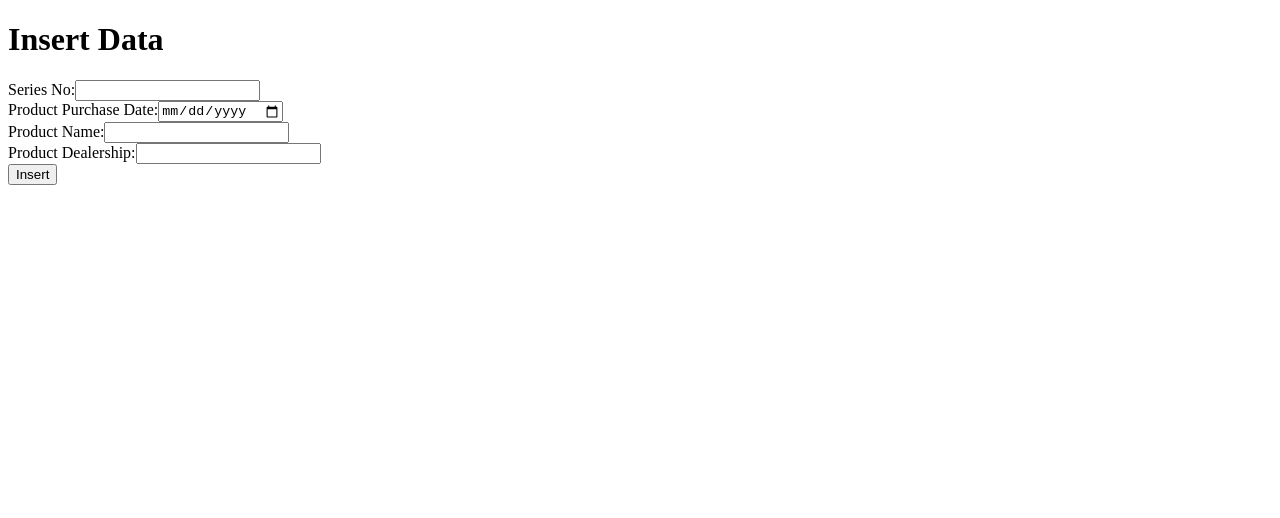
Repository: Sharathguru/Product_Task
Page: /insert (app in Frontend/)
The author's editor kept a copy of each file at every save. The page is drawn from the files as they stood at one save, then again after the next save.
The browser window is 1280 px wide. The pictures show the whole page.
The project was rebuilt for these pictures with package versions that can differ from the ones it lists, and the page was loaded fresh each time. Also part of the build but not shown: Frontend/vite.config.js, Frontend/src/index.css, Frontend/src/Components/Navbar.jsx, Frontend/src/Components/Home.jsx, Frontend/src/Pages/Update.jsx, Frontend/src/Pages/Fetch.jsx, Frontend/src/Pages/Delete.jsx.

Above is the page before, as saved 2025-06-13 14:45:29.

### Frontend/src/App.jsx
import React from 'react'
import { BrowserRouter, Route, Routes } from 'react-router-dom'
import Home from './Components/Home'
import Insert from './Pages/Insert'
import Update from './Pages/Update'
import Fetch from './Pages/Fetch'
import Delete from './Pages/Delete'

const App = () => {
  return (
    <div>
      <BrowserRouter>
      <Routes>
        <Route path="/" element={<Home />} />
        <Route path="/insert" element={<Insert />} />
        <Route path="/update" element={<Update />} />
        <Route path="/fetch" element={<Fetch />} />
        <Route path="/delete" element={<Delete />} />
      </Routes>
        {/* <Route path="*" element={<h1>404 Not Found</h1>} /> */}
      </BrowserRouter>
    </div>
  )
}

export default App

### Frontend/src/Pages/Insert.jsx
import React from "react";
import axios from "../axios/axios.js";

const Insert = () => {
  const [data, setData] = React.useState({
    Series_No: "",
    Product_Purchase_Date: "",
    Product_Name: "",
    Product_Dealership: "",
  });
  const [error, setError] = React.useState("");
  const [success, setSuccess] = React.useState("");

  const handleChange = (e) => {
    setData({
      ...data,
      [e.target.name]: e.target.value,
    });
  };

  const handleSubmit = async (e) => {
    e.preventDefault();
    setError("");
    setSuccess("");
    try {
      await axios.post("/user", data);
      setSuccess("Inserted successfully!");
      setData({
        Series_No: "",
        Product_Purchase_Date: "",
        Product_Name: "",
        Product_Dealership: "",
      });
    } catch (err) {
      setError("Failed to insert data. Please try again.");
    }
  };

  return (
    <div>
      <form onSubmit={handleSubmit}>
        <h1>Insert Data</h1>
        {error && <p style={{ color: "red" }}>{error}</p>}
        {success && <p style={{ color: "green" }}>{success}</p>}
        <div>
          <label>Series No:</label>
          <input
            type="text"
            name="Series_No"
            value={data.Series_No}
            onChange={handleChange}
            required
          />
        </div>
        <div>
          <label>Product Purchase Date:</label>
          <input
            type="date"
            name="Product_Purchase_Date"
            value={data.Product_Purchase_Date}
            onChange={handleChange}
            required
          />
        </div>
        <div>
          <label>Product Name:</label>
          <input
            type="text"
            name="Product_Name"
            value={data.Product_Name}
            onChange={handleChange}
            required
          />
        </div>
        <div>
          <label>Product Dealership:</label>
          <input
            type="text"
            name="Product_Dealership"
            value={data.Product_Dealership}
            onChange={handleChange}
            required
          />
        </div>
        <button type="submit">Insert</button>
      </form>
    </div>
  );
};

export default Insert;

### Frontend/src/axios/axios.js
import axios from 'axios'

const instance = axios.create({
    baseURL: 'http://localhost:3000'
})
export default instance

Loaded but not shown: Frontend/index.html (common file); Frontend/src/main.jsx (common file)

After the next save:
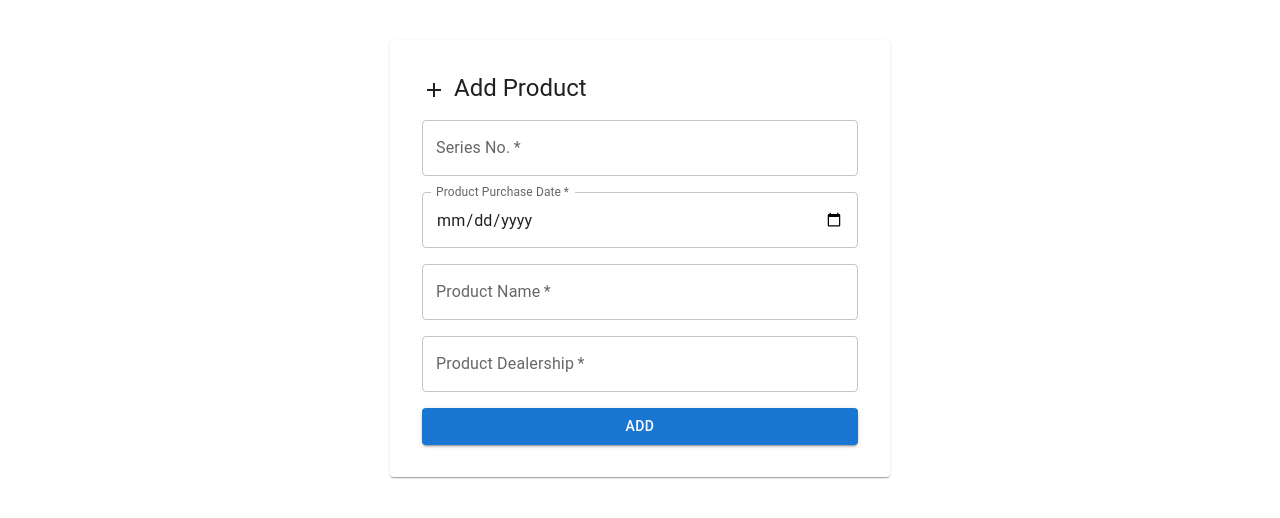
Saved 69 s later.
--- a/Frontend/src/Pages/Insert.jsx
+++ b/Frontend/src/Pages/Insert.jsx
@@ -1,5 +1,16 @@
 import React from "react";
 import axios from "../axios/axios.js";
+import { useNavigate } from "react-router-dom";
+import {
+  Box,
+  Button,
+  Paper,
+  TextField,
+  Typography,
+  Stack,
+  Alert,
+} from "@mui/material";
+import AddIcon from "@mui/icons-material/Add";
 
 const Insert = () => {
   const [data, setData] = React.useState({
@@ -10,6 +21,7 @@ const Insert = () => {
   });
   const [error, setError] = React.useState("");
   const [success, setSuccess] = React.useState("");
+  const navigate = useNavigate();
 
   const handleChange = (e) => {
     setData({
@@ -25,66 +37,64 @@ const Insert = () => {
     try {
       await axios.post("/user", data);
       setSuccess("Inserted successfully!");
-      setData({
-        Series_No: "",
-        Product_Purchase_Date: "",
-        Product_Name: "",
-        Product_Dealership: "",
-      });
+      setTimeout(() => navigate("/"), 1000);
     } catch (err) {
       setError("Failed to insert data. Please try again.");
     }
   };
 
   return (
-    <div>
-      <form onSubmit={handleSubmit}>
-        <h1>Insert Data</h1>
-        {error && <p style={{ color: "red" }}>{error}</p>}
-        {success && <p style={{ color: "green" }}>{success}</p>}
-        <div>
-          <label>Series No:</label>
-          <input
-            type="text"
-            name="Series_No"
-            value={data.Series_No}
-            onChange={handleChange}
-            required
-          />
-        </div>
-        <div>
-          <label>Product Purchase Date:</label>
-          <input
-            type="date"
-            name="Product_Purchase_Date"
-            value={data.Product_Purchase_Date}
-            onChange={handleChange}
-            required
-          />
-        </div>
-        <div>
-          <label>Product Name:</label>
-          <input
-            type="text"
-            name="Product_Name"
-            value={data.Product_Name}
-            onChange={handleChange}
-            required
-          />
-        </div>
-        <div>
-          <label>Product Dealership:</label>
-          <input
-            type="text"
-            name="Product_Dealership"
-            value={data.Product_Dealership}
-            onChange={handleChange}
-            required
-          />
-        </div>
-        <button type="submit">Insert</button>
-      </form>
-    </div>
+    <Box sx={{ maxWidth: 500, mx: "auto", mt: 5 }}>
+      <Paper sx={{ p: 4 }}>
+        <Typography variant="h5" mb={2}>
+          <AddIcon sx={{ mr: 1, verticalAlign: "middle" }} />
+          Add Product
+        </Typography>
+        <form onSubmit={handleSubmit}>
+          <Stack spacing={2}>
+            <TextField
+              label="Series No."
+              name="Series_No"
+              value={data.Series_No}
+              onChange={handleChange}
+              required
+              fullWidth
+            />
+            <TextField
+              label="Product Purchase Date"
+              name="Product_Purchase_Date"
+              type="date"
+              value={data.Product_Purchase_Date}
+              onChange={handleChange}
+              required
+              InputLabelProps={{ shrink: true }}
+              fullWidth
+            />
+            <TextField
+              label="Product Name"
+              name="Product_Name"
+              value={data.Product_Name}
+              onChange={handleChange}
+              required
+              fullWidth
+            />
+            <TextField
+              label="Product Dealership"
+              name="Product_Dealership"
+              value={data.Product_Dealership}
+              onChange={handleChange}
+              required
+              fullWidth
+            />
+            <Button type="submit" variant="contained" color="primary">
+              Add
+            </Button>
+            {error && <Alert severity="error">{error}</Alert>}
+            {success && <Alert severity="success">{success}</Alert>}
+          </Stack>
+        </form>
+      </Paper>
+    </Box>
   );
 };
 
